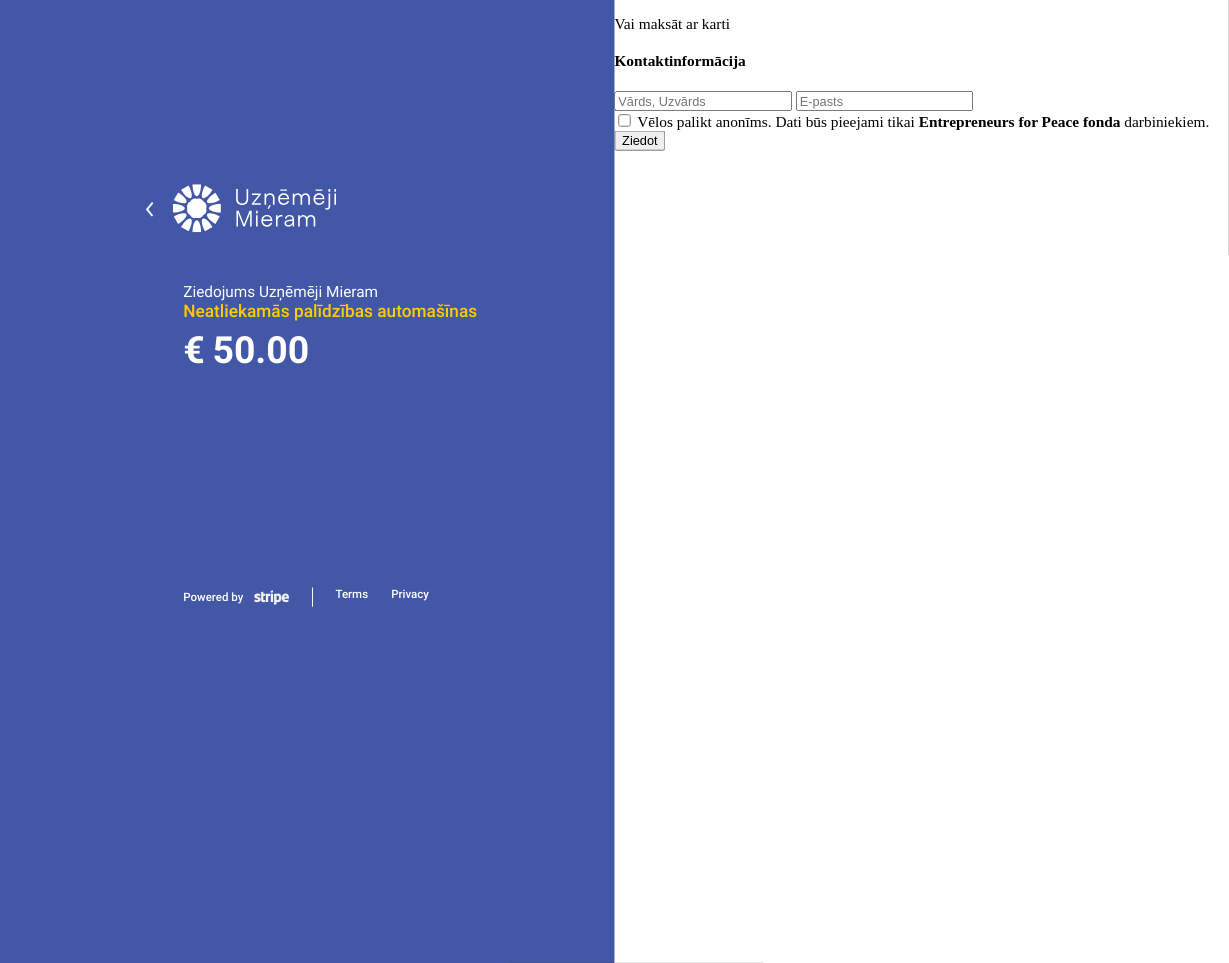
Repository: KatrinaPa/projekts_jul
Page: stripe.html
An editor plug-in stored every save of this project. The page is shown before and after the next save, followed by the edit.
The browser window is 1280 px wide. The pictures show the whole page, at 96% of full size.

Above is the page before, as saved 2023-07-31 16:01:10.

After the next save:
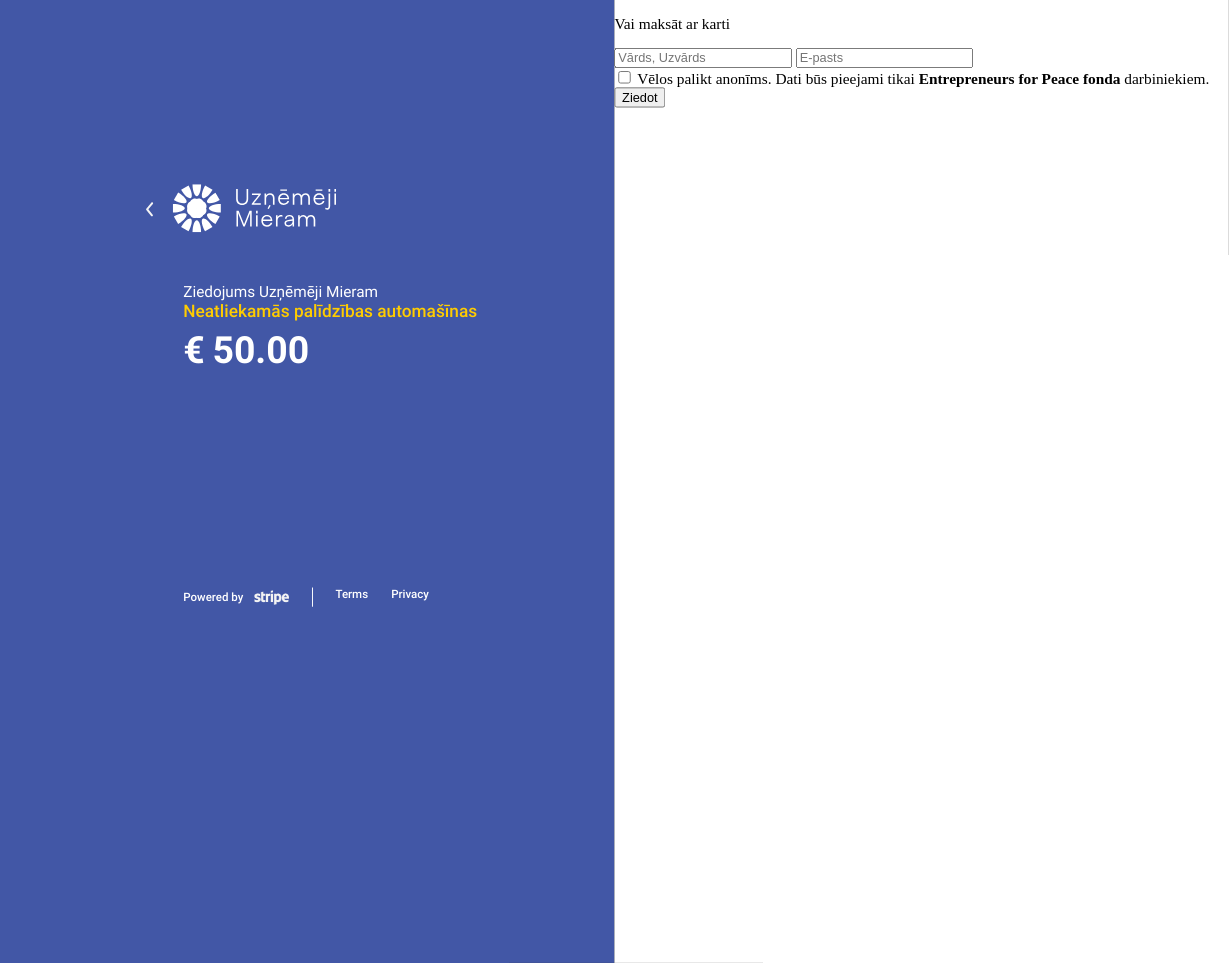
Saved 43 s later.
--- a/stripe.html
+++ b/stripe.html
@@ -179,7 +179,6 @@
                         <p>Vai maksāt ar karti</p>
                     </div>
 
-                    <h4>Kontaktinformācija</h4>
                     <form action="#" class="placehold_button">
                         <div class="inputs-details">
                             <input type="text" placeholder="Vārds, Uzvārds" />
